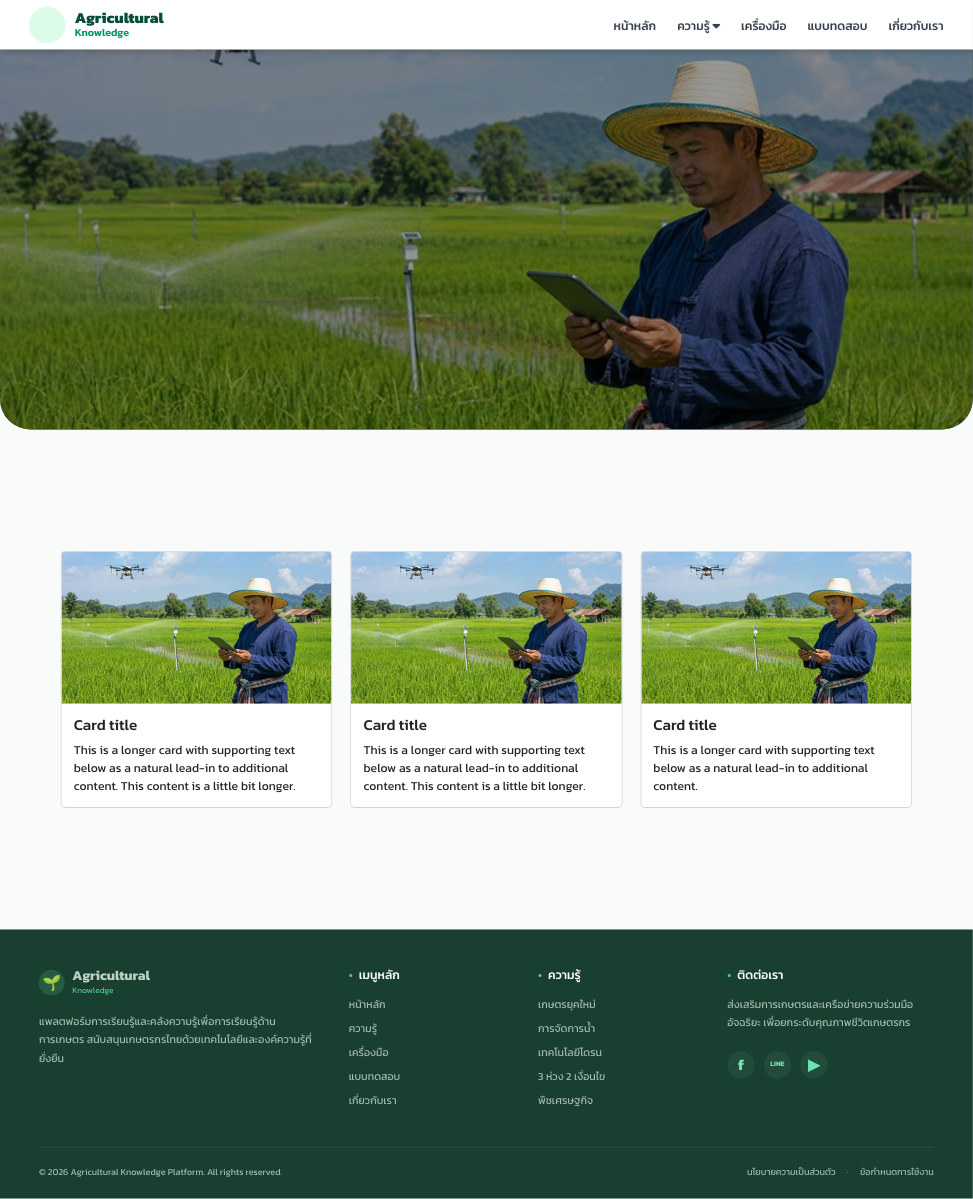
Repository: nuwat-wa/Project-WebdesignAG
Page: ag1.html
These files come from the project's save history. The page is drawn as it stood at one moment and after a run of saves; the edit follows.
The browser window is 1280 px wide. The pictures show the whole page, at 76% of full size.

Above is the page before, as saved 2026-09-25 19:04:58.

After the next 3 saves:
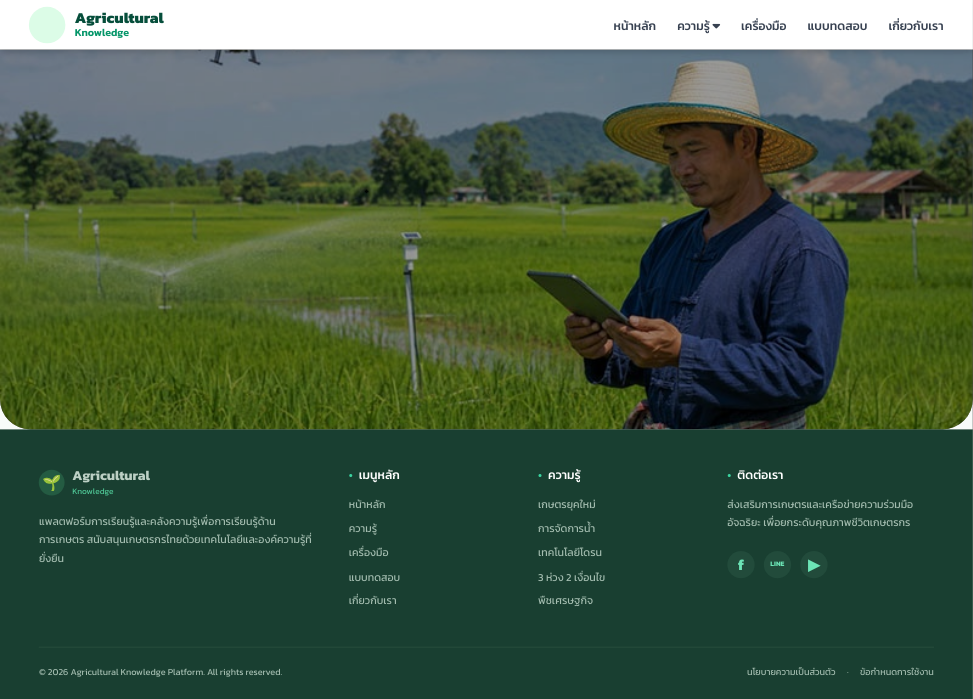
The 3 saves are shown as one change because they came seconds apart.
The last was saved 48 s later.
--- a/ag1.html
+++ b/ag1.html
@@ -42,51 +42,6 @@
       <div class="overlay"></div>
     </div>
 
-    <div class="navcont"></div>
-
-    <div class="content">
-      <div class="row row-cols-1 row-cols-md-3 g-4">
-        <div class="col">
-          <div class="card">
-            <img src="img/aghero.jpg" class="card-img-top" alt="..." />
-            <div class="card-body">
-              <h5 class="card-title">Card title</h5>
-              <p class="card-text">
-                This is a longer card with supporting text below as a natural
-                lead-in to additional content. This content is a little bit
-                longer.
-              </p>
-            </div>
-          </div>
-        </div>
-        <div class="col">
-          <div class="card">
-            <img src="img/aghero.jpg" class="card-img-top" alt="..." />
-            <div class="card-body">
-              <h5 class="card-title">Card title</h5>
-              <p class="card-text">
-                This is a longer card with supporting text below as a natural
-                lead-in to additional content. This content is a little bit
-                longer.
-              </p>
-            </div>
-          </div>
-        </div>
-        <div class="col">
-          <div class="card">
-            <img src="img/aghero.jpg" class="card-img-top" alt="..." />
-            <div class="card-body">
-              <h5 class="card-title">Card title</h5>
-              <p class="card-text">
-                This is a longer card with supporting text below as a natural
-                lead-in to additional content.
-              </p>
-            </div>
-          </div>
-        </div>
-
-      </div>
-    </div>
 
     <footer class="site-footer">
       <div class="footer-top">
